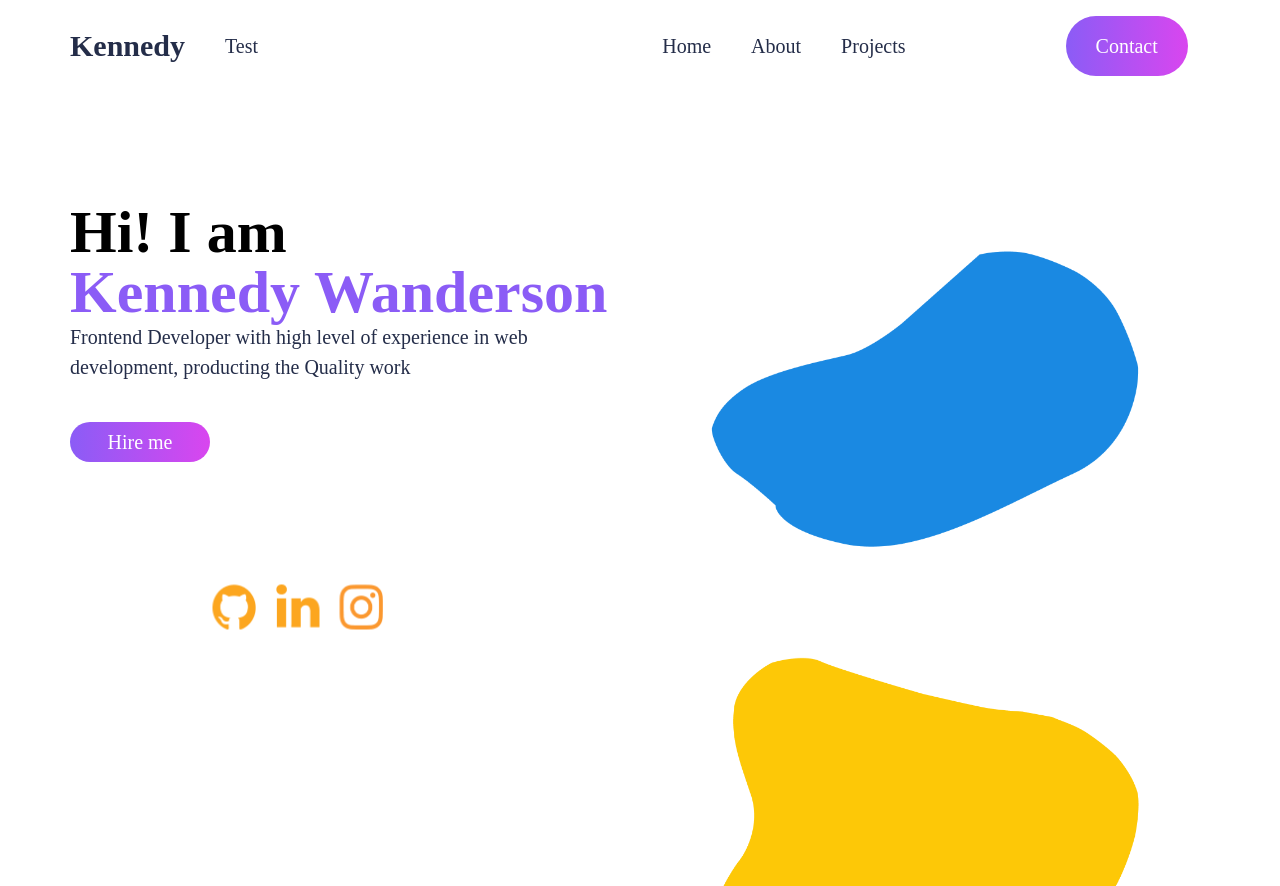
Repository: KennedyWanderson/portfolio
Page: /
An editor plug-in stored every save of this project. The page is shown before and after the next save, followed by the edit.
The browser window is 1280 px wide. The pictures show the whole page.
Some web fonts or font styles are not loaded; a fallback is used. The project was rebuilt for these pictures with package versions that can differ from the ones it lists, and the page was loaded fresh each time.

Above is the page before, as saved 2024-01-17 11:30:59.

After the next save:
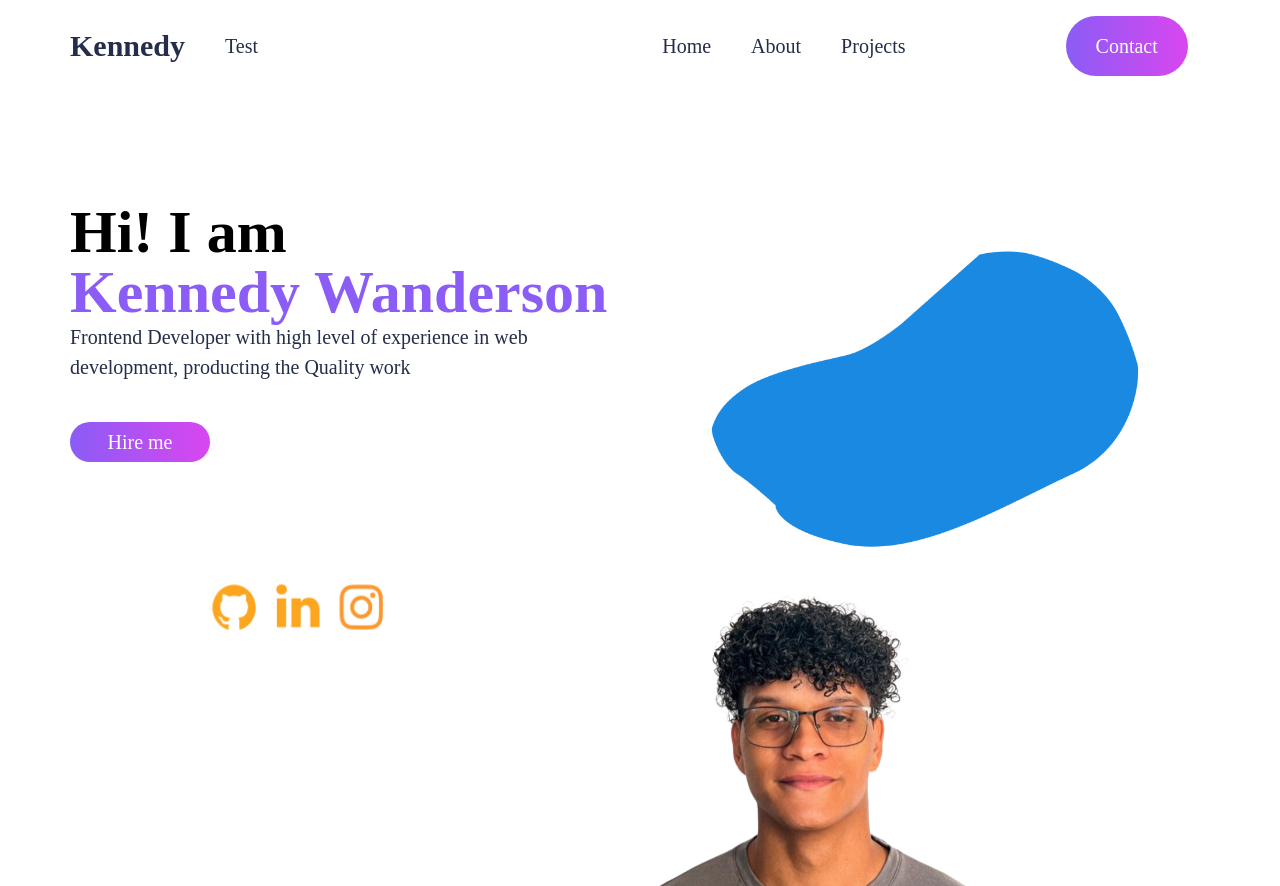
Saved 5 min 15 s later.
--- a/src/Components/About/About.jsx
+++ b/src/Components/About/About.jsx
@@ -35,7 +35,6 @@ const About = () => {
             <div className="flex-1 relative">
                 <div className="z-[1] absolute ">
                     <img className="scale-75 left-neg-15 top-neg-9" src={Vector1} alt="" />
-                    <img className="scale-75 top-neg-4.6rem left-neg-3" src={Vector2} alt="" />
                     <img className="scale-145 left-28" src={Profile} alt="" />
                 </div>
             </div>
